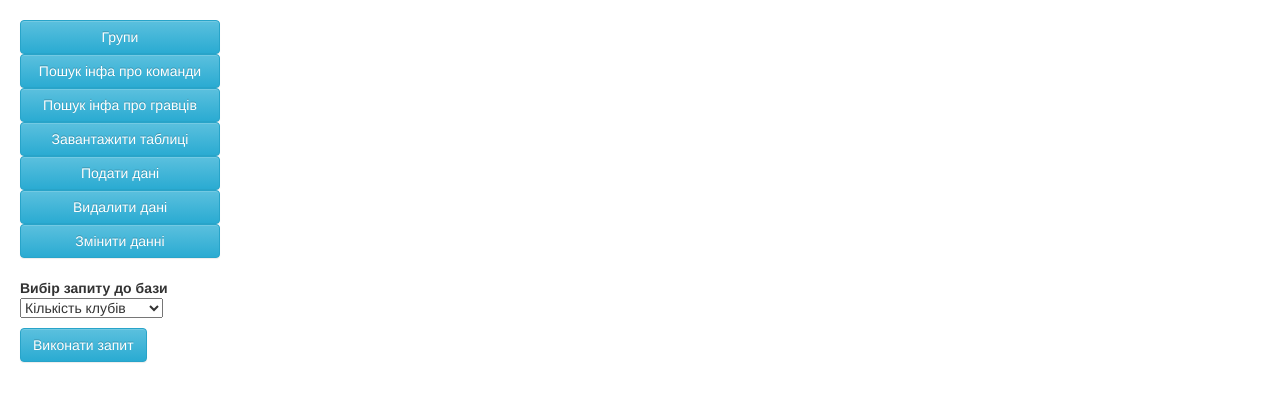
Repository: polik1996/StatisticManager
Page: StatisticsManager/WebContent/menuTable.html
An editor plug-in stored every save of this project. The page is shown before and after the next save, followed by the edit.
The browser window is 1280 px wide. The pictures show the whole page.

Above is the page before, as saved 2016-06-12 12:26:11.
Console error (its wording comes from the project's code and is left out).

After the next save:
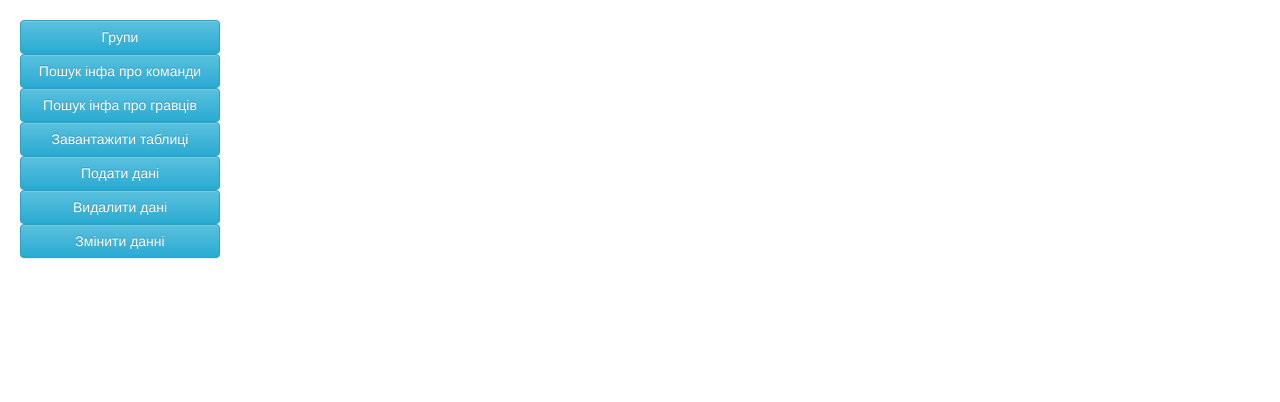
Saved 13 min 18 s later.
--- a/StatisticsManager/WebContent/menuTable.html
+++ b/StatisticsManager/WebContent/menuTable.html
@@ -51,22 +51,6 @@
 			</table>
 		</form>
 		<br>
-
-<form action="SelectQuery" target="forTable" name="selectQuery"
-			method="POST">
-			<b>Вибір запиту до бази</b>
-			<br>
-			<p>
-			<select size="1" name="query">
-				<option value="neud">Кількість клубів
-				<option value="sumthing">Показати ще щось
-			</select>
-			</p>
-
-			<p>
-				<input type="submit" button class="btn btn-info" value="Виконати запит">
-			<p>
-		</form>
 </center-left>
 </body>
 </html>
